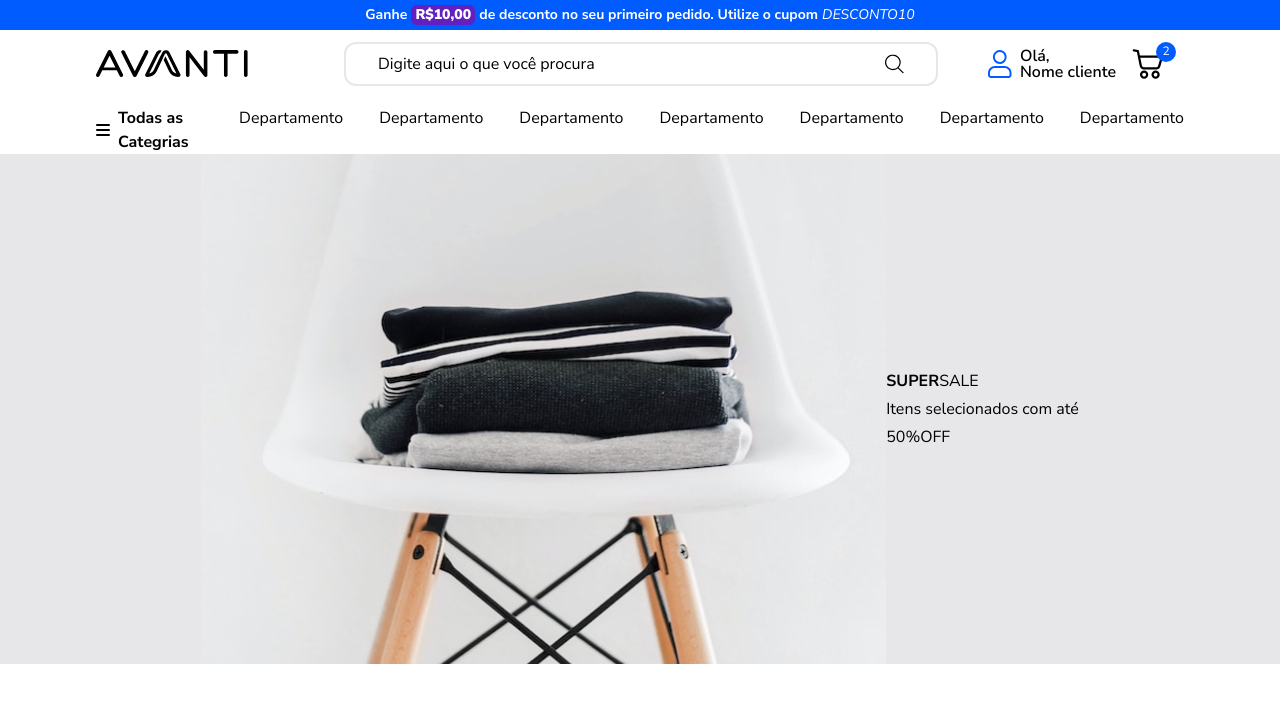
Repository: chidekina/avanti-01
Page: index.html
These files come from the project's save history. The page is drawn as it stood at one moment and after a run of saves; the edit follows.
The browser window is 1280 px wide. The pictures show the whole page.

Above is the page before, as saved 2025-04-04 14:29:04.

### index.html
<!DOCTYPE html>
<html lang="en">
  <head>
    <meta charset="UTF-8" />
    <meta name="viewport" content="width=device-width, initial-scale=1.0" />
    <script src="https://cdn.jsdelivr.net/npm/@tailwindcss/browser@4"></script>
    <link rel="preconnect" href="https://fonts.googleapis.com">
    <link rel="preconnect" href="https://fonts.gstatic.com" crossorigin>
    <link href="https://fonts.googleapis.com/css2?family=Nunito+Sans:ital,opsz,wght@0,6..12,200..1000;1,6..12,200..1000&family=Nunito:ital,wght@0,200..1000;1,200..1000&display=swap" rel="stylesheet">    <link rel="stylesheet" href="style.css" />
    <title>Avanti</title>
  </head>
  <body>
    <header>
      <h1 class="flex justify-center items-center bg-(--primary-color) text-white text-sm h-[30px] font-bold">
        Ganhe
        <b class="flex justify-center mx-1 bg-[#6220C1] heigth-[16px] w-[64px] rounded-md">R$10,00</b>
        de desconto no seu primeiro pedido. Utilize o cupom
        <i class="font-normal ml-1">DESCONTO10</i>
      </h1>
      <div class="mt-3 mb-5 px-24 flex justify-between w-full">
        <div class="flex gap-24">
          <img src="./assets/logo.svg" alt="Avanti Logo" class="w-[152px]" />
          <label>
            <div class="flex justify-between py-2 border-2 border-solid border-(--bg-color) px-8 rounded-xl cursor-text w-[594px]">
              <input type="text" placeholder="Digite aqui o que você procura" class="placeholder-black outline-none focus:placeholder-transparent w-1/2" />
              <img src="./assets/search.svg" />
            </div>
          </label>
        </div>
        <div class="flex gap-4">
          <div class="flex gap-2 items-center">
            <img src="./assets/user.svg" alt="icone do usuario" class="w-[24px]" />
            <h6 class="leading-none font-semibold">
              Olá,<br />
              Nome cliente
            </h6>
          </div>
          <div class="flex">
            <img src="./assets/cart.svg" alt="imagem de um carrinho de compras" class="w-[32px]" />
            <div class="relative bg-(--primary-color) w-[20px] h-[20px] text-center text-white text-[12px] rounded-full right-2">2</div>
          </div>
        </div>
      </div>
      <div class="flex px-24 w-full">
        <ul class="flex gap-9">
            <a href="#">
              <div class="flex gap-2">
                <img src="./assets/menu-hamburger.svg" alt="menu hamburguer" />
                <h5 class="font-bold">Todas as Categrias</h5>
              </div>
            </a>
            <a href="#"> Departamento </a>
            <a href="#"> Departamento </a>
            <a href="#"> Departamento </a>
            <a href="#"> Departamento </a>
            <a href="#"> Departamento </a>
            <a href="#"> Departamento </a>
            <a href="#"> Departamento </a>
        </ul>
      </div>
    </header>
    <main>
      <section class="flex justify-center items-center w-full height-[510px] bg-(--bg-color)">
        <img src="./assets/chair.svg" alt="Foto de uma cadeira com roupas dobradas em cima" />
        <div class="flex flex-col gap-1">
          <h1>
            <b>SUPER</b>SALE
          </h1>
          <h4>
            Itens selecionados com até
          </h4>
          <h4>
            50%OFF
          </h4>
        </div>
      </section>
    </main>
  </body>
</html>

### style.css
:root {
    font-family: "Nunito Sans", sans-serif;
    --primary-color: #005CFF;
    --bg-color: #E7E7EA;
    --font-secondary: "Nunito", sans-serif;
}

After the next 2 saves:
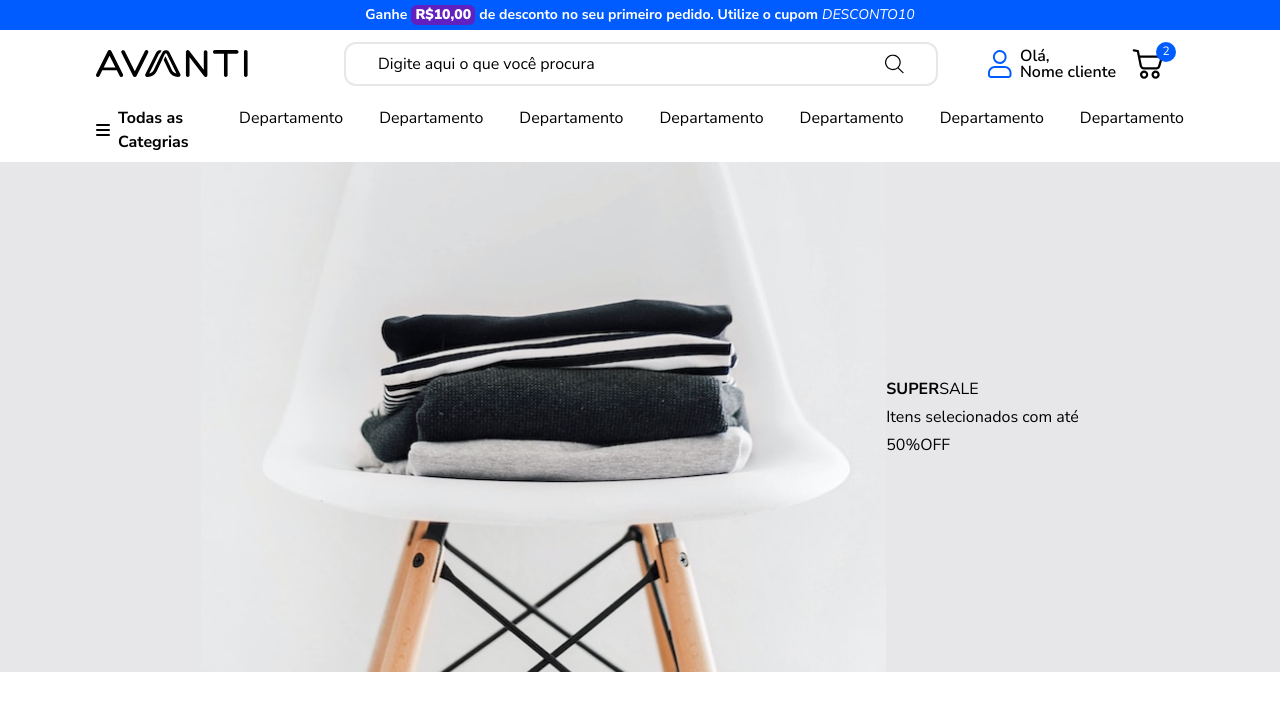
The 2 saves are shown as one change because they came seconds apart.
The last was saved 46 s later.
--- a/index.html
+++ b/index.html
@@ -10,7 +10,7 @@
     <title>Avanti</title>
   </head>
   <body>
-    <header>
+    <header class="mb-2">
       <h1 class="flex justify-center items-center bg-(--primary-color) text-white text-sm h-[30px] font-bold">
         Ganhe
         <b class="flex justify-center mx-1 bg-[#6220C1] heigth-[16px] w-[64px] rounded-md">R$10,00</b>
